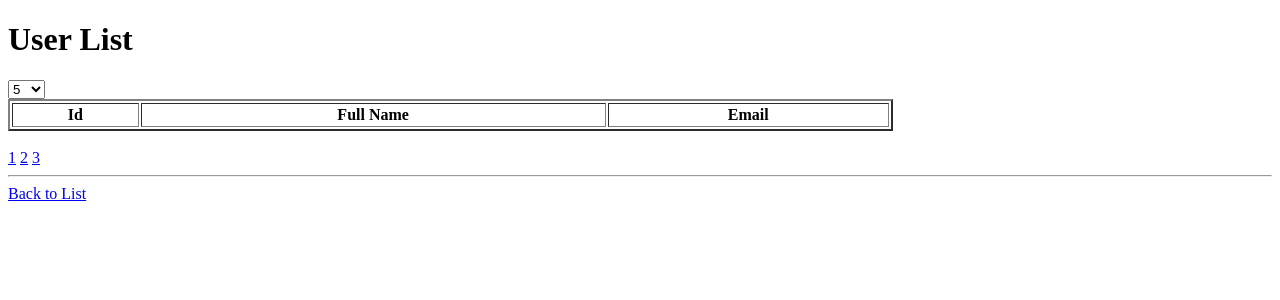
Repository: haitmq97/java-lab
Page: http://localhost/PRJ321x_Project1_haitmqfx22585-test-2/WEB-INF/views/view-page.jsp
An editor plug-in stored every save of this project. The page is shown before and after the next save, followed by the edit.
The browser window is 1280 px wide. The pictures show the whole page.
The page is served by Tomcat 9. Nobody is signed in. Other server files are loaded and not shown. The template is opened directly, without the code that normally fills it, so the values that code supplies are empty.

Above is the page before, as saved 2024-01-11 17:39:10.

### PRJ321x_Project1_haitmqfx22585-test-2/WebContent/WEB-INF/views/view-page.jsp
<%@ taglib uri="http://java.sun.com/jsp/jstl/core" prefix="c"%>
<!DOCTYPE html PUBLIC "-//W3C//DTD HTML 4.01 Transitional//EN" "http://www.w3.org/TR/html4/loose.dtd">
<html>
<body>
	<h1>User List</h1>

	<select id="role" name="role">
		<option value="5">5</option>
		<option value="10">10</option>
		<option value="15">15</option>
		<option value="20">20</option>
		<option value="all">all</option>
	</select>


	<table border="2" width="70%" cellpadding="2">
		<tr>
			<th>Id</th>
			<th>Full Name</th>
			<th>Email</th>
		</tr>
		<c:forEach var="tempUser" items="${msg}">
			<tr>
				<td>${tempUser.id}</td>
				<td>${tempUser.fullName}</td>
				<td>${tempUser.email}</td>
			</tr>
		</c:forEach>
	</table>
	<br />
	<a href="${pageContext.request.contextPath}/user/views/page/1">1</a>
	<a href="${pageContext.request.contextPath}/user/views/page/2">2</a>
	<a href="${pageContext.request.contextPath}/user/views/page/3">3</a>

	<hr>

	<a href="${pageContext.request.contextPath}">Back to List</a>
</body>
</html>

After the next save:
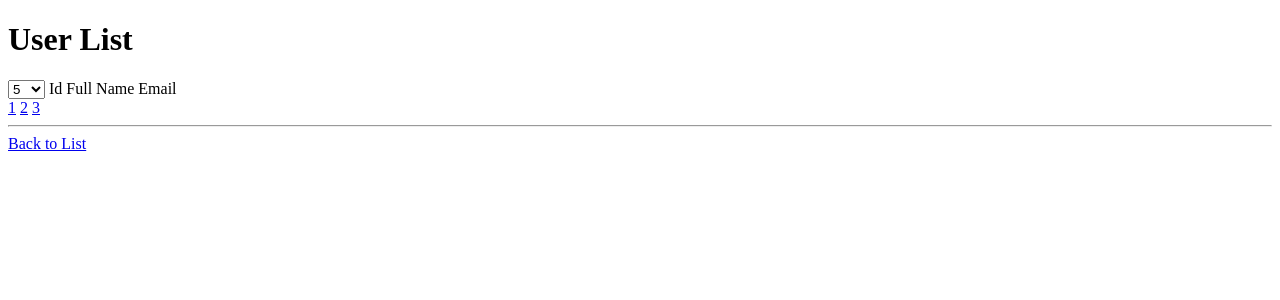
Saved 2 s later.
--- a/PRJ321x_Project1_haitmqfx22585-test-2/WebContent/WEB-INF/views/view-page.jsp
+++ b/PRJ321x_Project1_haitmqfx22585-test-2/WebContent/WEB-INF/views/view-page.jsp
@@ -11,7 +11,7 @@
 		<option value="20">20</option>
 		<option value="all">all</option>
 	</select>
-
+	<f
 
 	<table border="2" width="70%" cellpadding="2">
 		<tr>
